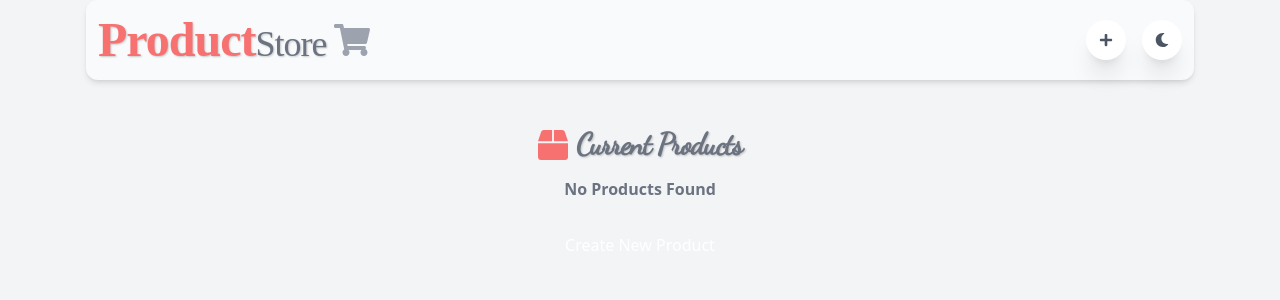
Repository: xarrkhan001/Mern-stack-Project
Page: / (app in frontend/)
These files come from the project's save history. The page is drawn as it stood at one moment and after the next save; the edit follows.
The browser window is 1280 px wide. The pictures show the whole page.
The project was rebuilt for these pictures with package versions that can differ from the ones it lists, and the page was loaded fresh each time. Also part of the build but not shown: frontend/vite.config.js, frontend/src/store/product.js, frontend/src/pages/CreatePage.jsx.

Above is the page before, as saved 2025-03-06 14:41:02.

### frontend/src/main.jsx
import React from "react";
import { BrowserRouter } from "react-router-dom";
import ReactDOM from "react-dom";
import "./index.css";
import App from "./App";

ReactDOM.render(
  <React.StrictMode>
    <BrowserRouter>
      <App />
    </BrowserRouter>
  </React.StrictMode>,
  document.getElementById("root")
);

### frontend/src/index.css
@import url('https://fonts.googleapis.com/css2?family=Dancing+Script&display=swap');


@tailwind base;
@tailwind components;
@tailwind utilities;

### frontend/src/App.jsx
import React from "react";
import { Routes, Route } from "react-router-dom";
import HomePage from "./pages/HomePage";
import CreatePage from "./pages/CreatePage";
import Navbar from "./components/Navbar";

const App = () => {
  return (
    <>
      <div className="min-h-[100vh] bg-gray-100 dark:bg-gray-900 dark:text-white">
        {" "}
        {/* Lighter background color */}
        <Navbar />
        <Routes>
          <Route path="/" element={<HomePage />} />
          <Route path="/create" element={<CreatePage />} />
        </Routes>
      </div>
    </>
  );
};

export default App;

### frontend/src/pages/HomePage.jsx
import React from "react";
import { FaBox } from "react-icons/fa"; // Example icon from react-icons
import { Link } from "react-router-dom"; // Import Link for routing

const HomePage = () => {
  return (
    <div className="max-w-xl py-12 mx-auto text-center">
      <h1 className="text-3xl text-red-400 flex justify-center items-center space-x-2">
        <FaBox />
        <span
          className="text-gray-500 font-bold"
          style={{
            fontFamily: "'Dancing Script', cursive",
            letterSpacing: "-1px",
            lineHeight: "1.1",
            textShadow: "1px 1px 2px rgba(0, 0, 0, 0.2)",
            WebkitFontSmoothing: "antialiased",
            MozOsxFontSmoothing: "grayscale",
          }}
        >
          Current Products
        </span>
      </h1>

      {/* No Products Found Text */}
      <p className="text-gray-500 mt-4 font-semibold">No Products Found</p>

      {/* Create New Product Button */}
      <div className="mt-6">
        <Link to="/create">
          <button className="px-6 py-2 text-white ">Create New Product</button>
        </Link>
      </div>
    </div>
  );
};

export default HomePage;

### frontend/src/components/Navbar.jsx
import React, { useState, useEffect } from "react";
import { Link } from "react-router-dom";
import { FaPlus, FaShoppingCart, FaSun, FaMoon } from "react-icons/fa";

const Navbar = () => {
  const [isDarkMode, setIsDarkMode] = useState(false);

  useEffect(() => {
    const savedTheme = localStorage.getItem("theme");
    if (savedTheme) {
      setIsDarkMode(savedTheme === "dark");
    }
  }, []);

  const toggleDarkMode = () => {
    setIsDarkMode((prevMode) => {
      const newMode = !prevMode;
      localStorage.setItem("theme", newMode ? "dark" : "light");
      return newMode;
    });
  };

  useEffect(() => {
    if (isDarkMode) {
      document.documentElement.classList.add("dark");
    } else {
      document.documentElement.classList.remove("dark");
    }
  }, [isDarkMode]);

  return (
    <div className="max-w-[1140px] px-4 mx-auto">
      {/* Navbar container */}
      <div
        className={`flex items-center justify-between h-20 p-3 rounded-xl shadow-md text-black dark:text-white ${
          isDarkMode ? "bg-transparent dark:bg-gray-800" : "bg-gray-50"
        }`}
      >
        {/* Left side - ProductStore logo */}
        <Link to="/" className="flex items-center space-x-1 sm:space-x-2">
          <span
            className="font-logo text-4xl sm:text-5xl tracking-tight text-red-500 dark:text-gray-100"
            style={{
              fontFamily: " cursive",
              letterSpacing: "-1px",
              lineHeight: "1.1",
              textShadow: "1px 1px 2px rgba(0, 0, 0, 0.2)",
              WebkitFontSmoothing: "antialiased",
              MozOsxFontSmoothing: "grayscale",
            }}
          >
            <span className="text-4xl sm:text-5xl font-semibold text-red-400 dark:text-red-400">
              Product
            </span>
            <span className="text-3xl sm:text-4xl text-gray-500 dark:text-gray-400">
              Store
            </span>
          </span>
          <FaShoppingCart className="text-3xl sm:text-4xl text-gray-400 dark:text-gray-300 ml-1 sm:ml-2" />
        </Link>

        {/* Right side - Icons */}
        <div className="flex items-center space-x-2 sm:space-x-4">
          {/* Plus Icon */}
          <Link to="/create">
            <button className="w-8 h-8 sm:w-10 sm:h-10 bg-white dark:bg-gray-500 text-gray-600 dark:text-white rounded-full flex items-center justify-center transform hover:scale-125 transition-all duration-300 shadow-xl hover:shadow-2xl focus:outline-none">
              <FaPlus size={14} />
            </button>
          </Link>

          {/* Dark/Light Mode Toggle Icon */}
          <button
            onClick={toggleDarkMode}
            className="w-8 h-8 sm:w-10 sm:h-10 bg-white dark:bg-gray-500 text-[#FF4081] dark:text-white rounded-full flex items-center justify-center transform hover:scale-125 transition-all duration-300 shadow-xl hover:shadow-2xl focus:outline-none"
          >
            {isDarkMode ? (
              <FaSun size={14} className="text-yellow-500 sm:text-16" />
            ) : (
              <FaMoon size={14} className="text-gray-600 sm:text-16" />
            )}
          </button>
        </div>
      </div>
    </div>
  );
};

export default Navbar;

### frontend/tailwind.config.js
/** @type {import('tailwindcss').Config} */
export default {
  content: ["./index.html", "./src/**/*.{js,ts,jsx,tsx}"],
  theme: {
    extend: {},
  },
  darkMode: "class", // Enable dark mode via the 'dark' class
  plugins: [],
};

Loaded but not shown: frontend/index.html (common file)

After the next save:
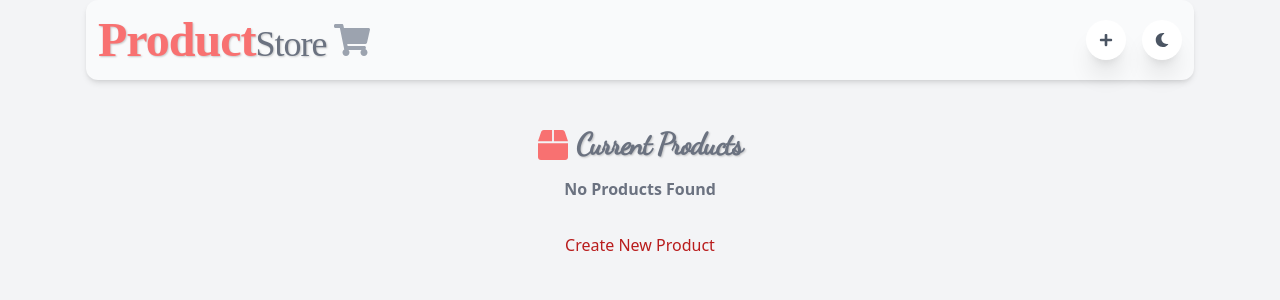
Saved 10 s later.
--- a/frontend/src/pages/HomePage.jsx
+++ b/frontend/src/pages/HomePage.jsx
@@ -28,7 +28,9 @@
       {/* Create New Product Button */}
       <div className="mt-6">
         <Link to="/create">
-          <button className="px-6 py-2 text-white ">Create New Product</button>
+          <button className="px-6 py-2 text-red-700 ">
+            Create New Product
+          </button>
         </Link>
       </div>
     </div>
